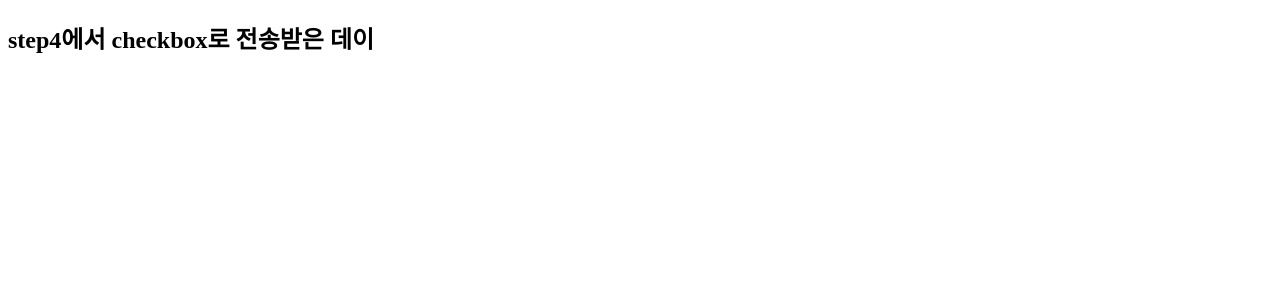
Repository: HaeunOh/study
Page: http://localhost/jstl_study/step-5.jsp
The author's editor kept a copy of each file at every save. The page is drawn from the files as they stood at one save, then again after the next save.
The browser window is 1280 px wide. The pictures show the whole page.
The page is served by Tomcat 9.

Above is the page before, as saved 2024-04-11 03:50:23.

After the next save:
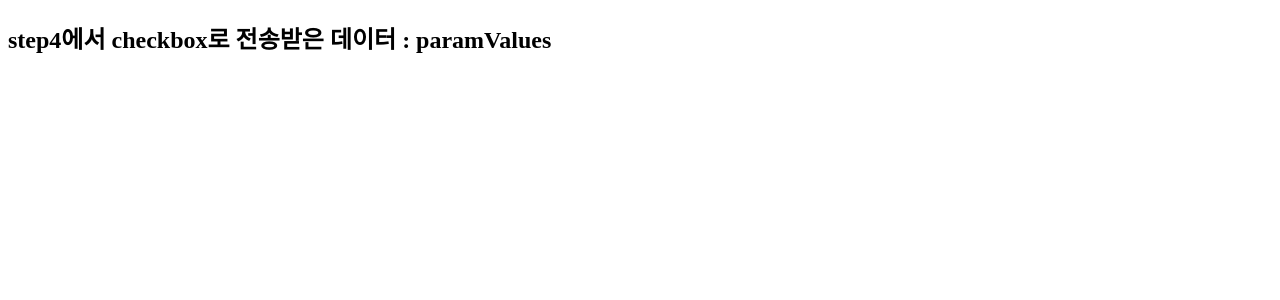
Saved 27 s later.
--- a/_jstl_workspace/jstl_study/src/main/webapp/step-5.jsp
+++ b/_jstl_workspace/jstl_study/src/main/webapp/step-5.jsp
@@ -7,6 +7,7 @@
 <title>Insert title here</title>
 </head>
 <body>
-	<h2>step4에서 checkbox로 전송받은 데이</h2>
+	<h2>step4에서 checkbox로 전송받은 데이터 : paramValues</h2>
+
 </body>
 </html>
